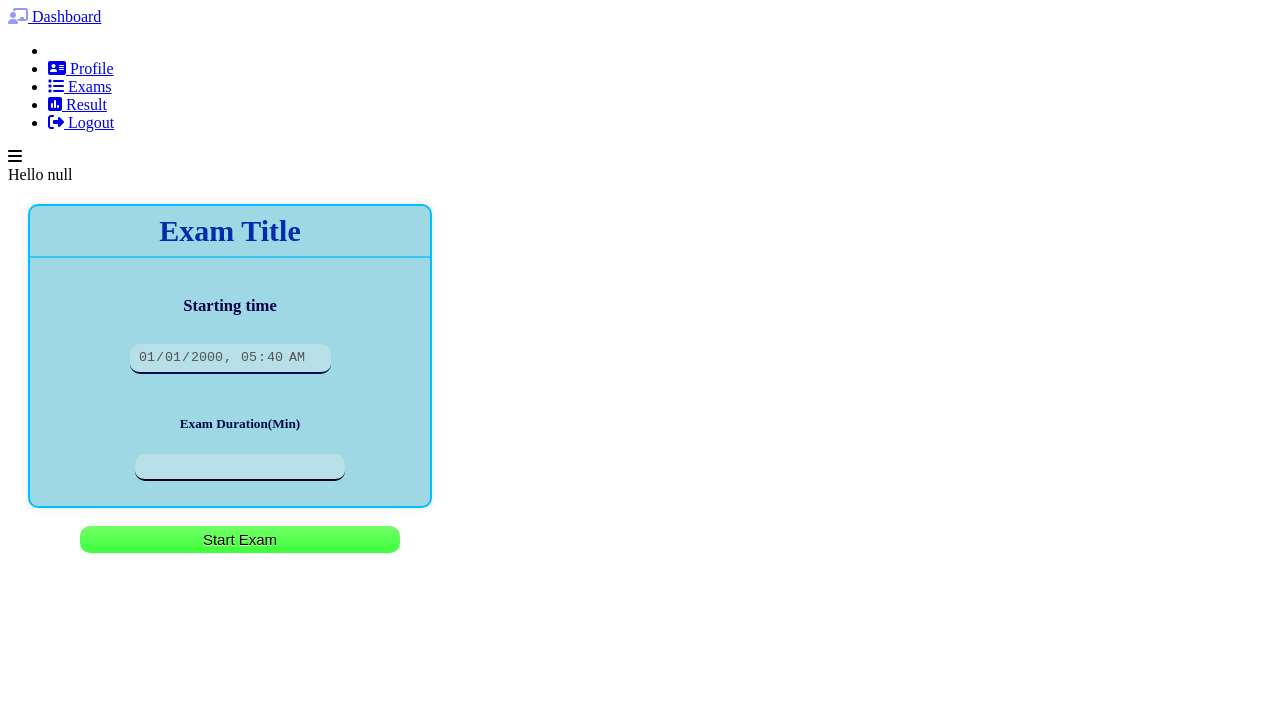
Repository: Buddhadip/ExamPortalApp_struts
Page: http://localhost/ExamWizard/WEB-INF/views/studentExams.jsp
These files come from the project's save history. The page is drawn as it stood at one moment and after the next save; the edit follows.
The browser window is 1280 px wide. The pictures show the whole page.
The page is served by Tomcat 9. Nobody is signed in. Other server files are loaded and not shown. The template is opened directly, without the code that normally fills it, so the values that code supplies are empty.

Above is the page before, as saved 2023-07-19 09:42:40.

### ExamWizard/src/main/webapp/WEB-INF/views/studentExams.jsp
<%@ page language="java" contentType="text/html; charset=UTF-8"
    pageEncoding="UTF-8"%>
<!DOCTYPE html>
<html>
<head>
    <meta charset="UTF-8" />
    <meta http-equiv="X-UA-Compatible" content="IE=edge" />
    <meta name="viewport" content="width=device-width, initial-scale=1.0" />
    <title>Student Dashboard</title>
    <link rel="stylesheet" href="public/styles/studentExams.css" />
    <link rel="stylesheet" href="https://cdnjs.cloudflare.com/ajax/libs/font-awesome/6.4.0/css/all.min.css">
<title>Student Home</title>
</head>
<body>
<!-- <%@ taglib prefix="c" uri="http://java.sun.com/jsp/jstl/core" %>
<%
   // Retrieve a session attribute
   String username = (String) session.getAttribute("username");
%> -->
<nav class="sidebar">
      <a href="#" class="logo">
        <i class="fa-solid fa-chalkboard-user fa-beat-fade"></i>
        Dashboard
      </a>

      <div class="menu-content">
        <ul class="menu-items">
          <li class="item">
          <li class="item">
            <a href="profile.do">
              <i class="fa-solid fa-address-card"></i>
              Profile</a>
          </li>

          <li class="item  selected-item">
            <a href="studentExams.do">
                <i class="fa-solid fa-list"></i>
              Exams</a>
          </li>

          <li class="item">
            <a href="result.do">
            <i class="fa-solid fa-square-poll-vertical"></i>
              Result</a>
          </li>

          <li class="item">
            <a href="logout.do">
              <i class="fa-solid fa-right-from-bracket"></i>
              Logout</a>
          </li>
        </ul>
      </div>
    </nav>

    <nav class="navbar">
      <i class="fa-solid fa-bars" id="sidebar-close"></i>

      <div class="hellotext">Hello <%= username %></div>
    </nav>

    <main class="main">
      <div class="exam-card">

        <div class="exam-card-header">
          <h2> Exam Title</h2>
          <input type="text" class="eid"  id="${exam.eid}-id" name="eid" value="${exam.eid}" style="display: none" />
        </div>
        <div class="exam-card-body">
          <div class="body-time">
            <div class="exam-card-body-item" >
              <h5>Starting time</h5>
              <input type="datetime-local"  class="starttime" name="estart" value="2000-01-01T05:40:00" disabled/>
            </div>
          </div>
          <div class="duration">
            <h5>Exam Duration(Min)</h3>
            <input type="text" name="eduration"  id="${exam.eid}-dur" value="${exam.eduration}" disabled />
          </div>
          <div class="button-area">
            <div class="bottom-button">
              <button class="exambutton yellow" id="startexambutton"
                onclick="StartExam('${exam.eid}')">
                Start Exam
              </button>
            </div>
          </div>
        </div>
      </div>
    </main>

    <script src="public/js/studentExams.js"></script>

</body>
</html>

### ExamWizard/src/main/webapp/public/styles/studentExams.css
@charset "ISO-8859-1";
@charset "ISO-8859-1";

.main h1 {
  color: #11101d;
  font-size: 40px;
  text-align: center;
  height: 5%;
}
.card-holder{
  display:flex;
  flex-direction:row;
  justify-content:space-around;
  align-items:center;
  flex-wrap: wrap;
  width:100%;
  height:95%;
  margin-top:50px;
  /* background-color: rgb(229, 255, 255); */
  padding: 50px;
}
.exam-card{
  width: 400px;
  height: 300px;
  background-color: rgb(255, 255, 255);
  border-radius: 10px;
  border: 2px solid deepskyblue;
  box-shadow: 0px 0px 10px 0px rgba(0, 0, 0, 0.1);
  margin: 20px;
  display: flex;
  flex-direction: column;
  align-items: center;
  cursor: pointer;
  transition: all 0.3s ease;
  background-color: #76c8d9b5;
}
.exam-card-header{
  width: 100%;
  height: 50px;
  color: #002eab;

  display: flex;
  justify-content: center;
  align-items: center;
  font-size: 20px;
  font-weight: 600;
  border-bottom: 2px solid rgba(0, 191, 255, 0.644);
}
.exam-card-body{
  width: 100%;
}

.exam-card-body-item{
  width:50%;
  padding: 10px;

}
.exam-card-body-item h5{
  color: rgb(10, 0, 74);
  text-align: center;
}
.exam-card-body-item input{
  border-radius: 10px;
  padding: 5px 0px;
  text-align: center;
}
.body-time{
  width:100%;
  display: flex;
  justify-content: center;
  align-items: center;
  font-size: 20px;
  flex-direction: row;
}
.starttime{
  border: none;
    border-bottom: 2px solid #000d47;
}
.duration {
  width: 100%;
  text-align: center;
  padding: 10px;
  color: #000d47;


}
.duration input{
    width: 50%;
    padding: 5px;
    border-radius: 10px;
    border: none;
    border-bottom: 2px solid #01002b;
    text-align: center;
}

.top-button{
  width: 100%;
  display: flex;
  justify-content: space-around;
  align-items: center;
  padding: 10px;
  flex-direction: row;

}

.exambutton{
  width: 80%;
  padding: 5px;
  border-radius: 10px;
  border: none;
  margin: 5px;
  cursor: pointer;
  font-size: 15px;
  margin-top: 25px;
}
@-moz-keyframes yellow {
  0%, 100% {
    -moz-box-shadow: 1px 0px 19px 4px #35ff03, inset 0px 0px 10px rgba(255, 255, 255, 0.5);
    box-shadow: 1px 0px 19px 4px #18ff03, inset 0px 0px 10px rgba(255, 255, 255, 0.5); }

  50% {
    -moz-box-shadow: 0px 0px 0px 0px rgba(255, 245, 3, 0), inset 0px 0px 0px rgba(255, 255, 255, 0);
    box-shadow: 0px 0px 0px 0px rgba(255, 245, 3, 0), inset 0px 0px 0px rgba(255, 255, 255, 0); } }

@-webkit-keyframes yellow {
  0%, 100% {
    -webkit-box-shadow: 1px 0px 19px 4px #03ff3a, inset 0px 0px 10px rgba(255, 255, 255, 0.5);
    box-shadow: 1px 0px 19px 4px #03ff2d, inset 0px 0px 10px rgba(255, 255, 255, 0.5); }

  50% {
    -webkit-box-shadow: 0px 0px 0px 0px rgba(255, 245, 3, 0), inset 0px 0px 0px rgba(255, 255, 255, 0);
    box-shadow: 0px 0px 0px 0px rgba(255, 245, 3, 0), inset 0px 0px 0px rgba(255, 255, 255, 0); } }

@-o-keyframes yellow {
  0%, 100% {
    box-shadow: 1px 0px 19px 4px #03ff2d, inset 0px 0px 10px rgba(255, 255, 255, 0.5); }

  50% {
    box-shadow: 0px 0px 0px 0px rgba(255, 245, 3, 0), inset 0px 0px 0px rgba(255, 255, 255, 0); } }

@keyframes yellow {
  0%, 100% {
    box-shadow: 1px 0px 19px 4px #03ff18, inset 0px 0px 10px rgba(255, 255, 255, 0.5); }

  50% {
    box-shadow: 0px 0px 0px 0px rgba(255, 245, 3, 0), inset 0px 0px 0px rgba(255, 255, 255, 0); } }

.button {
  text-align: center;
  padding: 10px 20px;
  text-decoration: none;
  color: #000;
  font-weight: bold;
  -webkit-border-radius: 10px;
  -moz-border-radius: 10px 0;
  border-radius: 10px 0;
  margin-right: 20px; }

.yellow {
  text-shadow: 0px 1px 0px #faffc7;
  background-image: -webkit-linear-gradient(top, #66ff6e, #84fd80);
  background-image: -moz-linear-gradient(top, #66ff66, #80fd8a);
  background-image: -o-linear-gradient(top, #66ff6e, #80fd86);
  background-image: linear-gradient(to bottom, #73ff66, #3dff3d);
  -webkit-animation: yellow 2s infinite;
  -moz-animation:yellow 2s infinite;
  -o-animation: yellow 2s infinite;
  animation: yellow 2s infinite; }
.bottom-button{
  width: 100%;
  display: flex;
  justify-content: space-around;
  align-items: center;
  padding: 10px;
  flex-direction: row;
}

### ExamWizard/src/main/webapp/public/styles/studentHome.css
@charset "ISO-8859-1";
@charset "UTF-8";
/* Import Google font - Poppins */
@import url("https://fonts.googleapis.com/css2?family=Poppins:wght@200;300;400;500;600;700&display=swap");
* {
  margin: 0;
  padding: 0;
  box-sizing: border-box;
  font-family: "Poppins", sans-serif;
}

body{
	background: #e7f2fd;
}
.sidebar {
  position: fixed;
  height: 100%;
  width: 260px;
  background: #070144;
  padding: 15px;
  z-index: 99;
}
.logo {
  font-size: 25px;
  padding: 0 15px;
}
.sidebar a {
  color: #fff;
  text-decoration: none;
}
.menu-content {
  position: relative;
  height: 100%;
  width: 100%;
  margin-top: 40px;
  overflow-y: scroll;
}
.menu-content::-webkit-scrollbar {
  display: none;
}
.menu-items {
  height: 100%;
  width: 100%;
  list-style: none;
  transition: all 0.4s ease;
}
.submenu-active .menu-items {
  transform: translateX(-56%);
}
.item a,
.submenu-item {
  padding: 16px;
  display: inline-block;
  width: 100%;
  border-radius: 12px;
}
.item i {
  font-size: 12px;
}
.item a:hover,
.submenu-item:hover,
.submenu .menu-title:hover {
  background: rgba(34, 98, 236, 0.719);
}
.submenu .menu-title:hover ,
.selected-item {
  background: rgba(5, 81, 223, 0.322);
  border-radius: 12px;
}
.submenu-item {
  display: flex;
  justify-content: space-between;
  align-items: center;
  color: #fff;
  cursor: pointer;
}
.submenu {
  position: absolute;
  height: 100%;
  width: 100%;
  top: 0;
  right: calc(-100% - 26px);
  height: calc(100% + 100vh);
  background: #11101d;
  display: none;
}
.show-submenu ~ .submenu {
  display: block;
}
.submenu .menu-title {
  border-radius: 12px;
  cursor: pointer;
}
.submenu .menu-title i {
  margin-right: 10px;
}
.navbar,
.main {
  left: 260px;
  width: calc(100% - 260px);
  transition: all 0.5s ease;
  z-index: 1000;
}
.sidebar.close ~ .navbar,
.sidebar.close ~ .main {
  left: 0;
  width: 100%;
}
.navbar {
  position: fixed;
  color: #fff;
  padding: 15px 20px;
  font-size: 25px;
  background: #405bf4;
  cursor: pointer;
  display:flex;
  flex-direction:row;
}

.navbar .hellotext{
  margin-left:80px;
}
.navbar #sidebar-close {
  cursor: pointer;
}
.main {
  position: relative;
  display: flex;
  align-items: center;
  justify-content: center;
  height: 100vh;
  z-index: 100;
  background: #e7f2fd;
  height: auto;
  z-index: 100;
  background: #e7f2fd;
  flex-direction:column;
  padding-top:200px;
}
.main h1 {
  color: #11101d;
  font-size: 40px;
  text-align: center;
}

Loaded but not shown: ExamWizard/src/main/webapp/public/js/studentExams.js (common file)

After the next save:
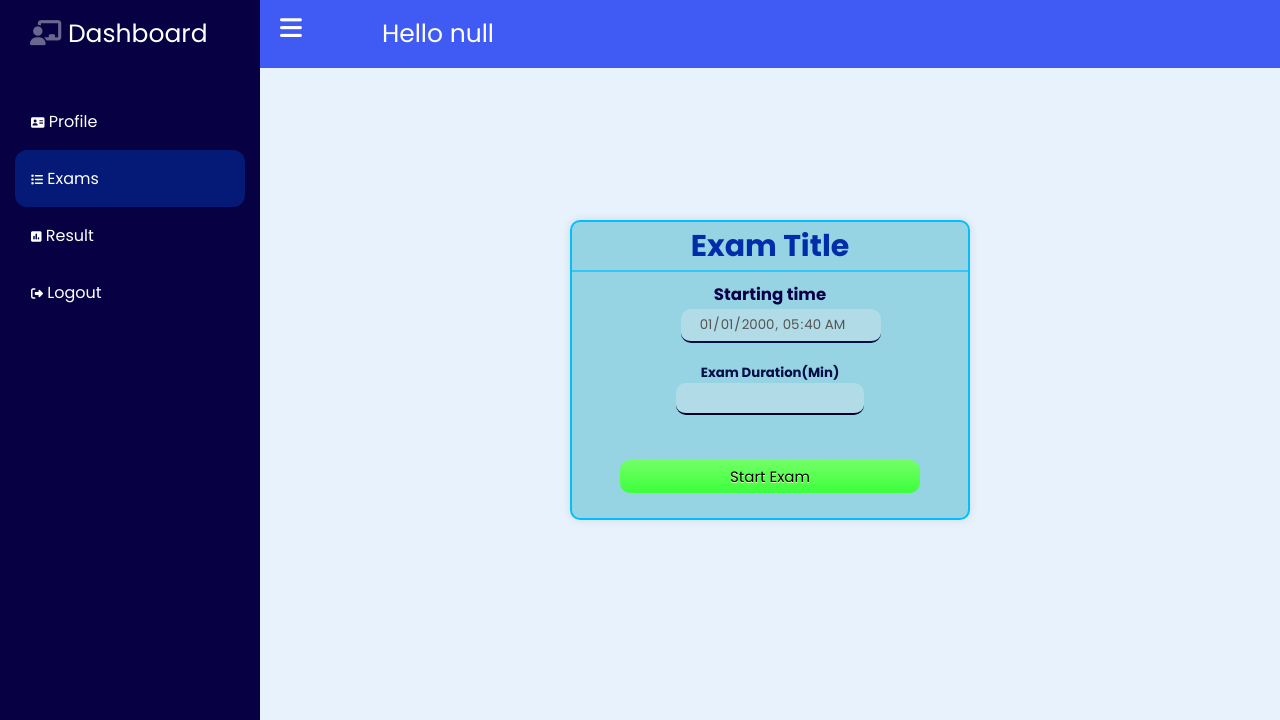
Saved 57 s later.
--- a/ExamWizard/src/main/webapp/WEB-INF/views/studentExams.jsp
+++ b/ExamWizard/src/main/webapp/WEB-INF/views/studentExams.jsp
@@ -7,6 +7,7 @@
     <meta http-equiv="X-UA-Compatible" content="IE=edge" />
     <meta name="viewport" content="width=device-width, initial-scale=1.0" />
     <title>Student Dashboard</title>
+    <link rel="stylesheet" href="public/styles/studentHome.css" />
     <link rel="stylesheet" href="public/styles/studentExams.css" />
     <link rel="stylesheet" href="https://cdnjs.cloudflare.com/ajax/libs/font-awesome/6.4.0/css/all.min.css">
 <title>Student Home</title>
